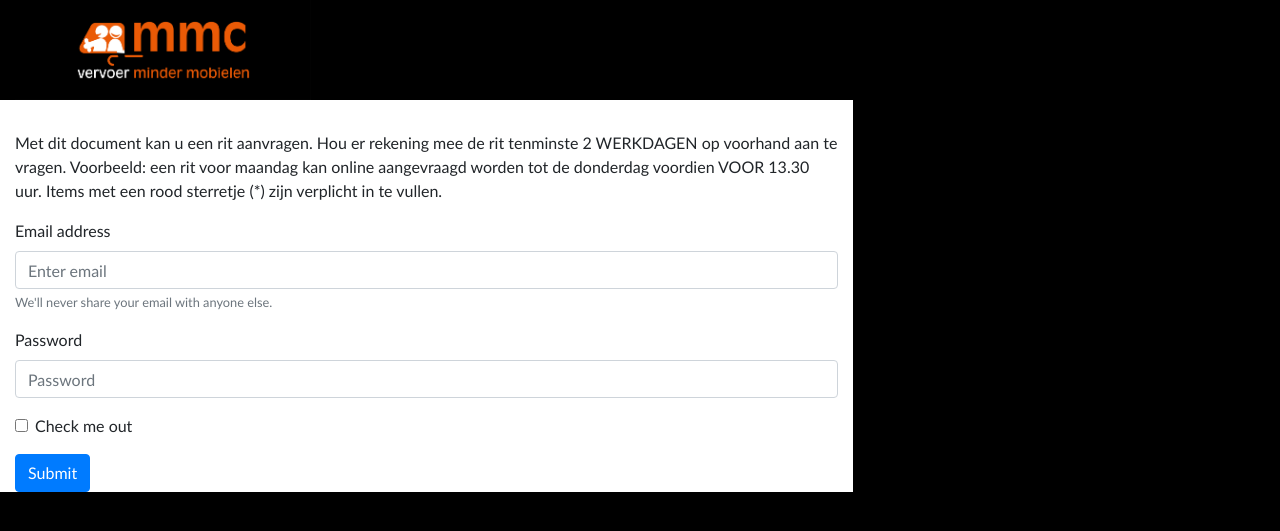
Repository: tclaes/vera
Page: index.html
An editor plug-in stored every save of this project. The page is shown before and after the next save, followed by the edit.
The browser window is 1280 px wide. The pictures show the whole page.

Above is the page before, as saved 2018-11-12 15:29:12.

### index.html
<!doctype html>
<html class="no-js" lang="">

<head>
  <meta charset="utf-8">
  <meta http-equiv="x-ua-compatible" content="ie=edge">
  <title></title>
  <meta name="description" content="">
  <meta name="viewport" content="width=device-width, initial-scale=1, shrink-to-fit=no">

  <link rel="manifest" href="site.webmanifest">
  <link rel="apple-touch-icon" href="icon.png">
  <!-- Place favicon.ico in the root directory -->

  <link rel="stylesheet" href="https://stackpath.bootstrapcdn.com/bootstrap/4.1.3/css/bootstrap.min.css" integrity="sha384-MCw98/SFnGE8fJT3GXwEOngsV7Zt27NXFoaoApmYm81iuXoPkFOJwJ8ERdknLPMO" crossorigin="anonymous">
  <link rel="stylesheet" href="css/main.css">
</head>

<body>
  <!--[if lte IE 9]>
    <p class="browserupgrade">You are using an <strong>outdated</strong> browser. Please <a href="https://browsehappy.com/">upgrade your browser</a> to improve your experience and security.</p>
  <![endif]-->

  <div class="container-fluid">
    <div class="row header">
      <div class="col-md-12">
        <img src="img/logo_MMC_neg_groot.28.jpg" alt="MMC Logo" height="100px">
      </div>
    </div>
    <div class="row d-flex justi">
      <div class="col-md-8 white">
        <h1>AANVRAAG GEWONE RIT MMC LEUVEN</h1>
        <p>Met dit document kan u een rit aanvragen. Hou er rekening mee de rit tenminste 2 WERKDAGEN op voorhand aan te vragen.
          Voorbeeld: een rit voor maandag kan online aangevraagd worden tot de donderdag voordien VOOR 13.30 uur.
          Items met een rood sterretje (*) zijn verplicht in te vullen.</p>
        <form>
          <div class="form-group">
            <label for="exampleInputEmail1">Email address</label>
            <input type="email" class="form-control" id="exampleInputEmail1" aria-describedby="emailHelp" placeholder="Enter email">
            <small id="emailHelp" class="form-text text-muted">We'll never share your email with anyone else.</small>
          </div>
          <div class="form-group">
            <label for="exampleInputPassword1">Password</label>
            <input type="password" class="form-control" id="exampleInputPassword1" placeholder="Password">
          </div>
        <div class="form-group form-check">
          <input type="checkbox" class="form-check-input" id="exampleCheck1">
          <label class="form-check-label" for="exampleCheck1">Check me out</label>
        </div>
        <button type="submit" class="btn btn-primary">Submit</button>
      </form>
    </div>
    </div>
    <div class="row footer"></div>
  </div>



  <script src="https://code.jquery.com/jquery-3.3.1.slim.min.js" integrity="sha384-q8i/X+965DzO0rT7abK41JStQIAqVgRVzpbzo5smXKp4YfRvH+8abtTE1Pi6jizo" crossorigin="anonymous"></script>
<script src="https://cdnjs.cloudflare.com/ajax/libs/popper.js/1.14.3/umd/popper.min.js" integrity="sha384-ZMP7rVo3mIykV+2+9J3UJ46jBk0WLaUAdn689aCwoqbBJiSnjAK/l8WvCWPIPm49" crossorigin="anonymous"></script>
<script src="https://stackpath.bootstrapcdn.com/bootstrap/4.1.3/js/bootstrap.min.js" integrity="sha384-ChfqqxuZUCnJSK3+MXmPNIyE6ZbWh2IMqE241rYiqJxyMiZ6OW/JmZQ5stwEULTy" crossorigin="anonymous"></script>
  <script src="js/vendor/modernizr-3.6.0.min.js"></script>
  <script>window.jQuery || document.write('<script src="js/vendor/jquery-3.3.1.min.js"><\/script>')</script>
  <script src="js/plugins.js"></script>
  <script src="js/main.js"></script>
</body>

</html>

### css/main.css
/*! HTML5 Boilerplate v6.1.0 | MIT License | https://html5boilerplate.com/ */

/*
 * What follows is the result of much research on cross-browser styling.
 * Credit left inline and big thanks to Nicolas Gallagher, Jonathan Neal,
 * Kroc Camen, and the H5BP dev community and team.
 */

/* ==========================================================================
   Base styles: opinionated defaults
   ========================================================================== */

html {
    color: #222;
    font-size: 1em;
    line-height: 1.4;
}

/*
 * Remove text-shadow in selection highlight:
 * https://twitter.com/miketaylr/status/12228805301
 *
 * Vendor-prefixed and regular ::selection selectors cannot be combined:
 * https://stackoverflow.com/a/16982510/7133471
 *
 * Customize the background color to match your design.
 */

::-moz-selection {
    background: #b3d4fc;
    text-shadow: none;
}

::selection {
    background: #b3d4fc;
    text-shadow: none;
}

/*
 * A better looking default horizontal rule
 */

hr {
    display: block;
    height: 1px;
    border: 0;
    border-top: 1px solid #ccc;
    margin: 1em 0;
    padding: 0;
}

/*
 * Remove the gap between audio, canvas, iframes,
 * images, videos and the bottom of their containers:
 * https://github.com/h5bp/html5-boilerplate/issues/440
 */

audio,
canvas,
iframe,
img,
svg,
video {
    vertical-align: middle;
}

/*
 * Remove default fieldset styles.
 */

fieldset {
    border: 0;
    margin: 0;
    padding: 0;
}

/*
 * Allow only vertical resizing of textareas.
 */

textarea {
    resize: vertical;
}

/* ==========================================================================
   Browser Upgrade Prompt
   ========================================================================== */

.browserupgrade {
    margin: 0.2em 0;
    background: #ccc;
    color: #000;
    padding: 0.2em 0;
}

/* ==========================================================================
   Author's custom styles
   ========================================================================== */

   body {
     background: black;
     font-family: 'Trebuchet MS', 'Lucida Sans Unicode', 'Lucida Grande', 'Lucida Sans', Arial, sans-serif;
   }

   h1 {
     color: white;
     font-size: 1.2rem;
   }

   .white {
     background-color: white;
   }


















/* ==========================================================================
   Helper classes
   ========================================================================== */

/*
 * Hide visually and from screen readers
 */

.hidden {
    display: none !important;
}

/*
 * Hide only visually, but have it available for screen readers:
 * https://snook.ca/archives/html_and_css/hiding-content-for-accessibility
 *
 * 1. For long content, line feeds are not interpreted as spaces and small width
 *    causes content to wrap 1 word per line:
 *    https://medium.com/@jessebeach/beware-smushed-off-screen-accessible-text-5952a4c2cbfe
 */

.visuallyhidden {
    border: 0;
    clip: rect(0 0 0 0);
    height: 1px;
    margin: -1px;
    overflow: hidden;
    padding: 0;
    position: absolute;
    width: 1px;
    white-space: nowrap; /* 1 */
}

/*
 * Extends the .visuallyhidden class to allow the element
 * to be focusable when navigated to via the keyboard:
 * https://www.drupal.org/node/897638
 */

.visuallyhidden.focusable:active,
.visuallyhidden.focusable:focus {
    clip: auto;
    height: auto;
    margin: 0;
    overflow: visible;
    position: static;
    width: auto;
    white-space: inherit;
}

/*
 * Hide visually and from screen readers, but maintain layout
 */

.invisible {
    visibility: hidden;
}

/*
 * Clearfix: contain floats
 *
 * For modern browsers
 * 1. The space content is one way to avoid an Opera bug when the
 *    `contenteditable` attribute is included anywhere else in the document.
 *    Otherwise it causes space to appear at the top and bottom of elements
 *    that receive the `clearfix` class.
 * 2. The use of `table` rather than `block` is only necessary if using
 *    `:before` to contain the top-margins of child elements.
 */

.clearfix:before,
.clearfix:after {
    content: " "; /* 1 */
    display: table; /* 2 */
}

.clearfix:after {
    clear: both;
}

/* ==========================================================================
   EXAMPLE Media Queries for Responsive Design.
   These examples override the primary ('mobile first') styles.
   Modify as content requires.
   ========================================================================== */

@media only screen and (min-width: 35em) {
    /* Style adjustments for viewports that meet the condition */
}

@media print,
       (-webkit-min-device-pixel-ratio: 1.25),
       (min-resolution: 1.25dppx),
       (min-resolution: 120dpi) {
    /* Style adjustments for high resolution devices */
}

/* ==========================================================================
   Print styles.
   Inlined to avoid the additional HTTP request:
   https://www.phpied.com/delay-loading-your-print-css/
   ========================================================================== */

@media print {
    *,
    *:before,
    *:after {
        background: transparent !important;
        color: #000 !important; /* Black prints faster */
        -webkit-box-shadow: none !important;
        box-shadow: none !important;
        text-shadow: none !important;
    }

    a,
    a:visited {
        text-decoration: underline;
    }

    a[href]:after {
        content: " (" attr(href) ")";
    }

    abbr[title]:after {
        content: " (" attr(title) ")";
    }

    /*
     * Don't show links that are fragment identifiers,
     * or use the `javascript:` pseudo protocol
     */

    a[href^="#"]:after,
    a[href^="javascript:"]:after {
        content: "";
    }

    pre {
        white-space: pre-wrap !important;
    }
    pre,
    blockquote {
        border: 1px solid #999;
        page-break-inside: avoid;
    }

    /*
     * Printing Tables:
     * http://css-discuss.incutio.com/wiki/Printing_Tables
     */

    thead {
        display: table-header-group;
    }

    tr,
    img {
        page-break-inside: avoid;
    }

    p,
    h2,
    h3 {
        orphans: 3;
        widows: 3;
    }

    h2,
    h3 {
        page-break-after: avoid;
    }
}

### js/plugins.js
// Avoid `console` errors in browsers that lack a console.
(function() {
  var method;
  var noop = function () {};
  var methods = [
    'assert', 'clear', 'count', 'debug', 'dir', 'dirxml', 'error',
    'exception', 'group', 'groupCollapsed', 'groupEnd', 'info', 'log',
    'markTimeline', 'profile', 'profileEnd', 'table', 'time', 'timeEnd',
    'timeline', 'timelineEnd', 'timeStamp', 'trace', 'warn'
  ];
  var length = methods.length;
  var console = (window.console = window.console || {});

  while (length--) {
    method = methods[length];

    // Only stub undefined methods.
    if (!console[method]) {
      console[method] = noop;
    }
  }
}());

// Place any jQuery/helper plugins in here.

Loaded but not shown: js/vendor/modernizr-3.6.0.min.js (library); js/main.js (no stored copy; drawn as an empty file)

After the next save:
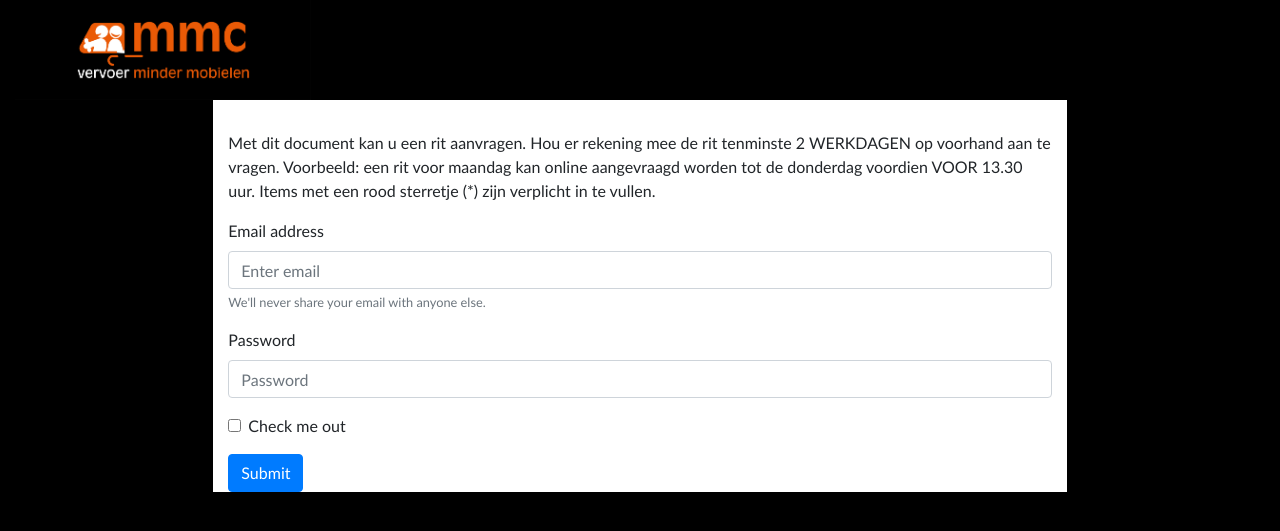
Saved 6 s later.
--- a/index.html
+++ b/index.html
@@ -27,7 +27,7 @@
         <img src="img/logo_MMC_neg_groot.28.jpg" alt="MMC Logo" height="100px">
       </div>
     </div>
-    <div class="row d-flex justi">
+    <div class="row d-flex justify-content-center">
       <div class="col-md-8 white">
         <h1>AANVRAAG GEWONE RIT MMC LEUVEN</h1>
         <p>Met dit document kan u een rit aanvragen. Hou er rekening mee de rit tenminste 2 WERKDAGEN op voorhand aan te vragen.
